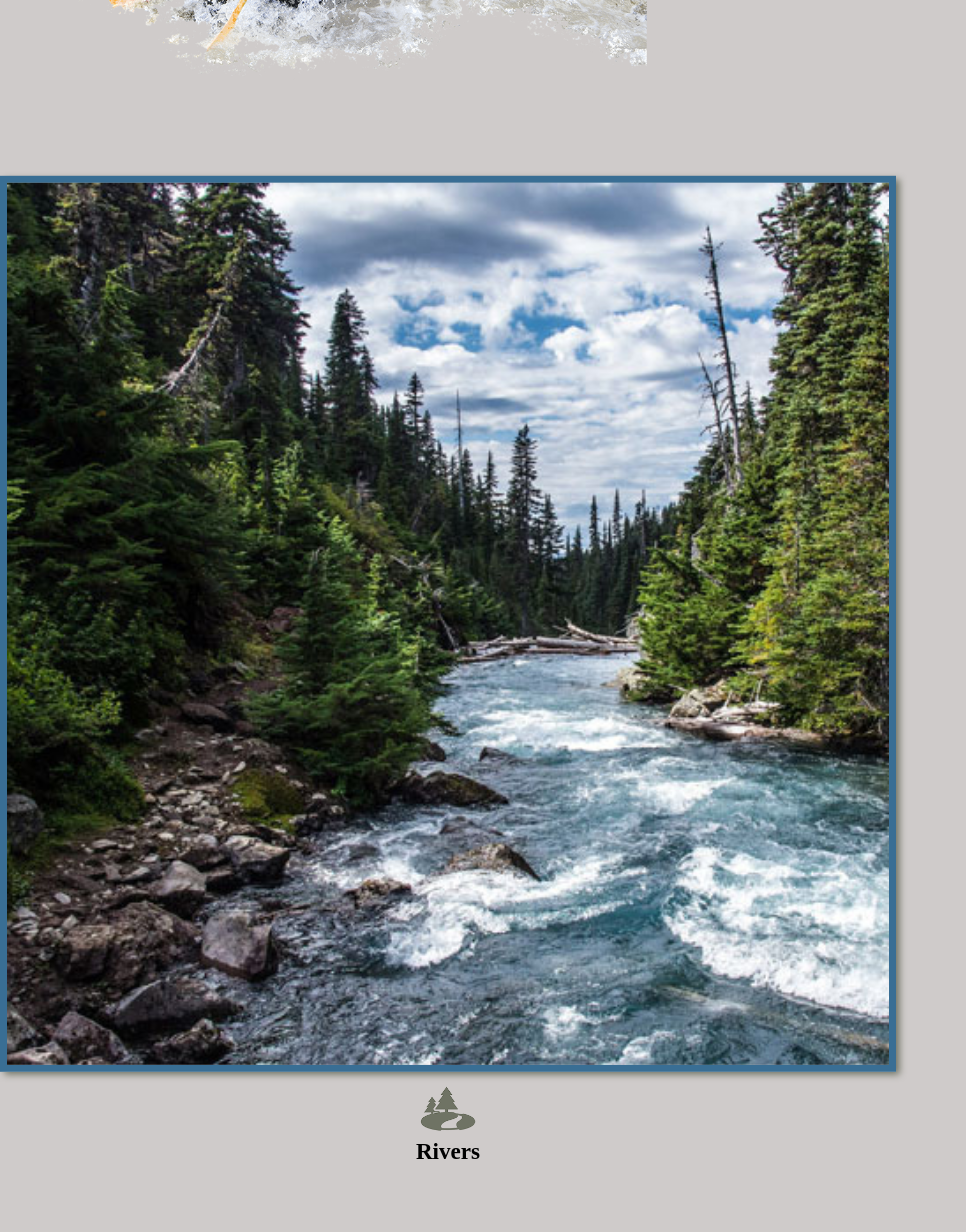
Repository: nak97/WDD-130
Page: wrr/index.html
The author's editor kept a copy of each file at every save. The page is drawn from the files as they stood at one save, then again after the next save.
The browser window is 1280 px wide. The page is 1380 px wide, so the pictures cover 1380 px, including what lies to the right of the window. The pictures show the part of the page from y = 533 to 2293 px (the page is 7085 px tall before and 2145 px after), at 70% of full size.

Above is the page before, as saved 2023-02-17 18:32:31.

### wrr/index.html
<!DOCTYPE html>
<html lang="en">
<head>
  <meta charset="UTF-8">
  <meta http-equiv="X-UA-Compatible" content="IE=edge">
  <meta name="viewport" content="width=device-width, initial-scale=1.0">
  <link rel="stylesheet" href="./styles/styles.css">
  <link href="https://fonts.googleapis.com/css2?family=Roboto+Condensed:ital,wght@1,700&display=swap" rel="stylesheet">
  <link href="https://fonts.googleapis.com/css2?family=Itim&display=swap" rel="stylesheet">
  <link href="https://fonts.googleapis.com/css2?family=Oswald:wght@200&display=swap" rel="stylesheet">
  <title>Dry Oar Boating</title>
</head>
<body>
  <div id="content">
    <header>
      <a id="logo_link" href="index.html">
        <img class="logo" src="styles/images/logo.png" alt="Dry Oar Logo">
      </a>
      <nav>
        <a href ="index.html" target="_blank">Home</a>
        <a href="#" target="_blank">Page 2</a>
        <a href="site-plan-rafting.html" target="_blank">Site Plan</a>
        <a href="contactus.html" target="_blank">Contact Us</a>
      </nav>
    </header>
    <div id="hero">
      <div id="hero-box">
        <img id="hero-img" src="styles/images/hero.png" alt="People enjoying white water rafting">
      </div>
      <section id="hero-msg">
        <h1 class="home-title">Have An Adventure</h1>
        <h4>Make Memories with Dry Oar </h4>
        <div class='button-box'>
            <a class='book' href="contactus.html">Book Now</a>
        </div>
      </section>
    </div>

      <main class="home-grid">
        <section class="rivers-card">
            <img class="card-img" src="styles/images/rivers.jpg" alt="river in forest">
            <img class="icon" src="styles/images/river_icon.png" alt="river icon">
            <h2>Rivers</h2>
        </section>
        <section class="camping-card">
            <img class="card-img" src="styles/images/camping.jpg" alt="tent in mountains">
            <img class="icon" src="styles/images/fire_icon.png" alt="fire icon">
            <h2>Camping</h2>
        </section>
        <section class="rapids-card">
            <img class="card-img" src="styles/images/rapids.jpg" alt="rafting boat">
            <img class="icon" src="styles/images/oars.png" alt="oars icon">
            <h2>Rapids</h2>
        </section>
        <div id="backgrounds">

        </div>
        <img class="mountains" src="styles/images/mountains.jpg" alt="Misty mountains">
        <section class="msg">
            <h2>More Than Just The Thrill</h2>
            <p>Enjoy the breathtaking scenery. From valleys, meadows, canyons, and high peaks; it's way more than just the rapids. It's a great way to get away from it all and relax amongst all the beauty of the great outdoors. </p>
            <a class='join' href="rivers.html">Join Us</a>
            </section>
    </main>
    <footer>
      <p>Dry Oar &copy; 20XX - Nicholas Keen</p>
      <p><a href="site-plan-rafting.html" target="_blank">Site Plan</a></p>
      <p><a href="contactus.html" target="_blank">Contact Us</a></p>
      <div class="social">
          <a href="https://facebook.com" target="_blank">
              <img src="styles/images/facebook.png" alt="fb icon">
          </a>
          <a href="https://twitter.com" target="_blank">
              <img src="styles/images/twitter.png" alt="twitter icon">
          </a>
          <a href="https://instagram.com" target="_blank">
              <img src="styles/images/instagram.png" alt="instagram icon">
          </a>
      </div>
  </footer>
  </div>
</body>
</html>

### wrr/styles/styles.css
#content {
  max-width: 1600px ;
  margin:0 auto;
}

nav{
  display: flex;
  justify-content: space-around;
}

nav a{
  text-align: center;
  text-decoration: none;
  color: white;
  padding: 35px;
}

#hero {
  display: grid;
  grid-template-columns: 1fr 3fr 1fr;
  margin: -100px;

}

#hero-box {
  grid-column: 1/4;
  grid-row: 1/3;
  z-index: -1;
}

#hero-msg {
  grid-column: 2/3;
  grid-row: 1/2;
  margin-top: 100px;
}

#hero-msg h1, h4 {
  text-align: center;
}

.button-box {
  text-align: center;
}

main section {
  text-align: center;
}

#background {
  height: 725px;
}

body {
  background-color:  #CFCBCA;
  font-size: 22px;
  padding: 0;
  margin: 0 ;
}

header {
  background-color:#8C271E;
  display: grid;
  grid-template-columns: 150px auto;
}

nav a:hover {
  background-color:#396E94;
  color: black;
}

.book, .join:hover{
  background-color:#D9F7FA;
  color: black;
  text-decoration: none;
  font-size: 18px;
  padding: 15px 30px;
  margin-top: 50px;
  border-radius: 5px;
}

.join {
  text-decoration: none;
  color: #396E94;
}

#background {
  background-color:#D8DDDE;
}

.msg {
  background-color:#D8DDDE;
  line-height: 1.5em;
  padding: 35px;
  grid-column: 6/10 ;
  grid-row: 6/7;
  box-shadow: 5px 5px 10px #D8DDDE;
}

.msg h2 {
color: #396E94;
}

.msg p {
color: black;
font-size: .8em;
padding-bottom: 15px;
}

footer {
  background-color:#8C271E;
  font-size: 1.3em;
  padding: 25px 50px;
  margin-top: 200px;
  display: flex;
  justify-content: space-around;
  align-items: center;
  }

footer a {
  color: #D8DDDE;
}

footer a:hover {
  color:#396E94 ;
  text-decoration: none;
}

footer p a:hover {
  text-decoration: underline;
}

footer .social img{
  padding-top: 15px;
}

.home-title {
  color: #396E94;
  font-family:'roboto', sans-serif;
  font-size: 2rem;
  margin-top: 10px;
}

h4 {
  color: #8C271E;
}

h2 {
  margin: 0;
}

.logo {
  width: 80px;
}

#logo_link {
  padding-top: 5px;
 padding-top: 5px;
 justify-self: center;
 align-self: center;

}

.icon {
  width: 80px;
  padding-top: 10px ;
}

.rivers-card, .camping-card, .rapids-card {
  margin:200px 0
}

.card-img {
  border:10px solid #396E94;
  transition: transform .5s;
  box-shadow: 5px 5px 10px #6f7364;
}

.card-img:hover {
  opacity: .6;
  transform: scale(1.1);
}

.card-img, .mountains {
  width: 100%;
}

.rivers-card {
  grid-column: 2/4;
  grid-row: 2/3;

}

.camping-card {
  grid-column: 5/7;
  grid-row: 2/3 ;
}

.rapids-card {
  grid-column: 8/10 ;
  grid-row: 2/3 ;

}

#background {
  grid-column :1/11;
  grid-row: 4/9;

}

.mountains {
  grid-column: 2/7;
  grid-row: 5/8 ;
  box-shadow: 5px 5px 10px #6f7364;
}


main section img {
  box-sizing:border-box
}


@media screen and (max-width: 900px) {
  #hero, .home-grid {
      display: block;
      height: auto;
  }
  nav, footer {
      flex-direction: column;
  }
  nav a {
      display: block;
      padding: 15px;
  }
  #hero {
      margin-top: 0;
  }
  #hero-msg {
      margin-top: 0;
  }
  #hero-msg h4 {
      display: none;
  }
  .home-title {
      font-size: 25px;
      color: #6f7364;
  }
  .rivers-card, .camping-card, .rapids-card {
      margin: 50px auto;
      width: 60%;
  }
  #background {
      display: none;
  }
  .mountains, .msg {
      width: 80%;
      display: block;
      margin: 0 auto;
  }
  footer {
      margin-top: 25px;
  }
}

After the next save:
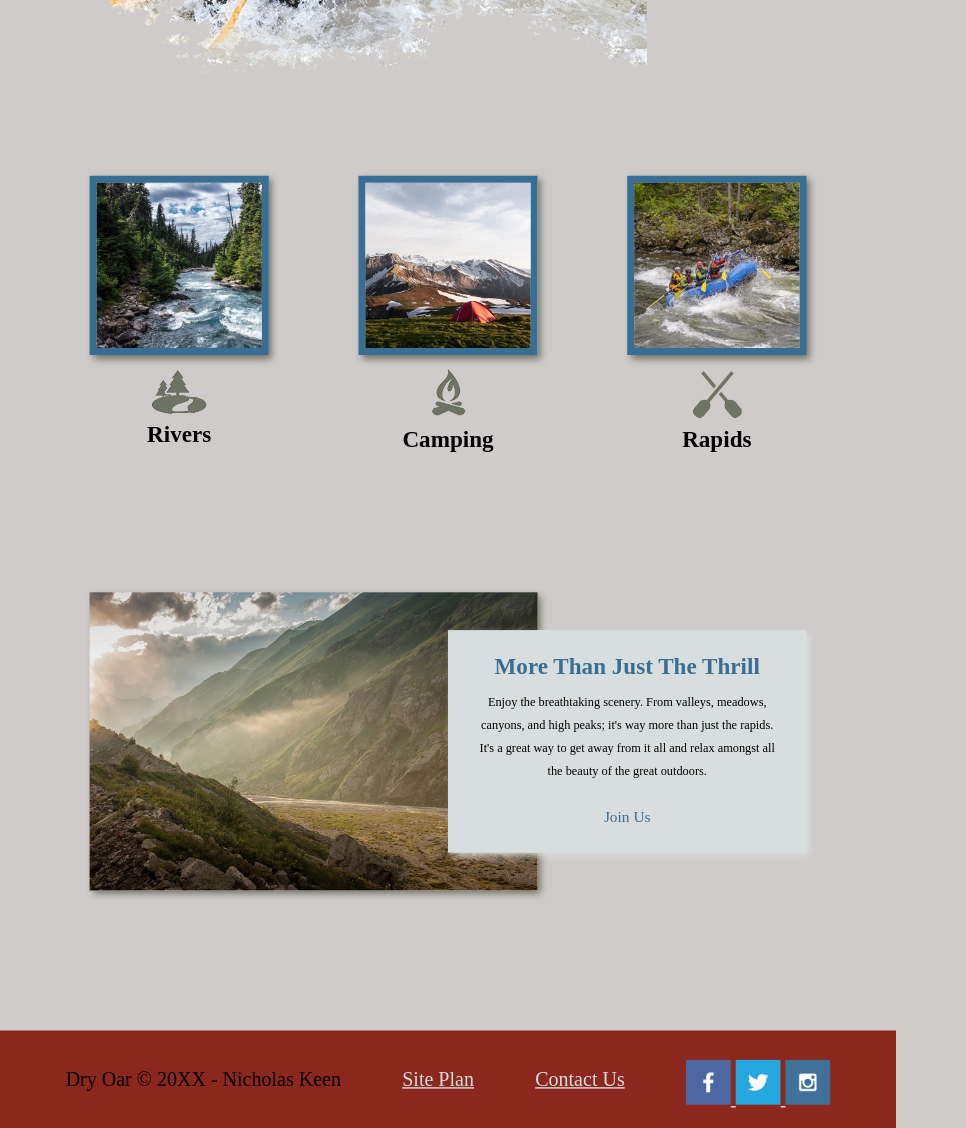
Saved 9 min 26 s later.
--- a/wrr/styles/styles.css
+++ b/wrr/styles/styles.css
@@ -40,6 +40,11 @@
 
 .button-box {
   text-align: center;
+}
+
+main {
+  display: grid;
+  grid-template-columns: repeat(10, 1fr);
 }
 
 main section {
